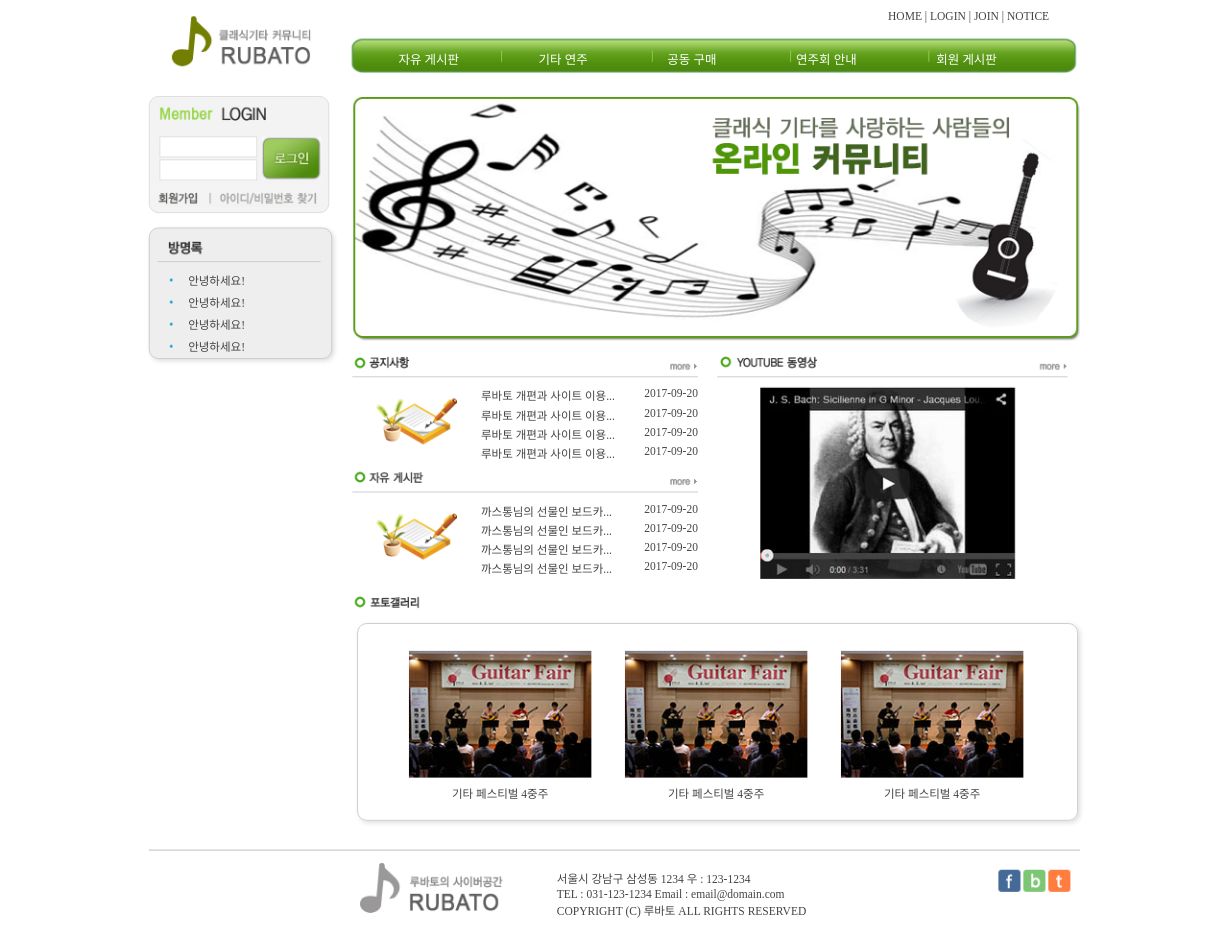
Repository: torojin/study-at-JA-academy
Page: http://localhost/rubato_mvc/WEB-INF/view/index.jsp
These files come from the project's save history. The page is drawn as it stood at one moment and after the next save; the edit follows.
The browser window is 1280 px wide. The pictures show the whole page, at 96% of full size.
The page is served by Tomcat 9. Nobody is signed in. Other server files are loaded and not shown. The template is opened directly, without the code that normally fills it, so the values that code supplies are empty.

Above is the page before, as saved 2020-04-23 03:21:23.

### JSP_workspace/rubato_mvc/WebContent/WEB-INF/view/index.jsp
<%@ page language="java" contentType="text/html; charset=UTF-8"
    pageEncoding="UTF-8"%>
<%@ taglib prefix="c" uri="http://java.sun.com/jsp/jstl/core" %>
<!DOCTYPE html>
<html>
<head>
<meta charset="utf-8">
<title>클래식기타 커뮤니티</title>
<link rel="stylesheet" type="text/css" href="css/common.css">
<link rel="stylesheet" type="text/css" href="css/header.css">
<link rel="stylesheet" type="text/css" href="css/footer.css">
<link rel="stylesheet" type="text/css" href="css/main.css">
</head>
<body>
<div id="wrap">
<header>
  <a href="index.html"><img id="logo" src="img/logo.png"></a>
<nav id="top_menu">
  HOME | LOGIN | JOIN | NOTICE
</nav>
<nav id="main_menu">
  <ul>
    <li><a href="board_list.html">자유 게시판</a></li>
    <li><a href="#">기타 연주</a></li>
    <li><a href="#">공동 구매</a></li>
    <li><a href="#">연주회 안내</a></li>
    <li><a href="#">회원 게시판</a></li>
  </ul>
</nav>
</header> <!-- header -->
<aside>
<c:choose>
	<c:when test="${!empty sessionUserInfo }">
	<article id="login_box">
	    <img id="login_title" src="img/ttl_login.png">
	    <div id="input_button">
	    ${sessionUserInfo.m_nick }님 환영합니다.
	    </div>
	    <div class="clear"></div>
	    <div id="join_search">
			<a href="./logout_process.do">로그아웃</a>
	    </div>
  	</article>
	</c:when>
</c:choose>

<form action="./login_process.do" method="post">
  <article id="login_box">
    <img id="login_title" src="img/ttl_login.png">
    <div id="input_button">
    <ul id="login_input">
      <li><input type="text" name="login_id"></li>
      <li><input type="password" name="login_pw"></li>
    </ul>
    <img id="login_btn" src="img/btn_login.gif">
    </div>
    <div class="clear"></div>
    <div id="join_search">
      <img src="img/btn_join.gif">
      <img src="img/btn_search.gif">
    </div>
  </article>
  </form>
  <article id="guestbook">
    <div id="guestbook_title">
      <img src="img/ttl_memo.gif">
    </div>
    <ul>
      <li>안녕하세요!</li>
      <li>안녕하세요!</li>
      <li>안녕하세요!</li>
      <li>안녕하세요!</li>
    </ul>
  </article>
</aside>

<section id="main">
  <img src="img/main_img.png">
  <section id="notice_free_youtube">
    <article id="notice"> 	<!-- 공지사항 -->
      <div class="latest_title">
        <img class="latest_img" src="img/latest1.gif">
        <img class="more" src="img/more.gif">
        <div class="clear"></div>
      </div>
      <div class="latest_content">
        <img class="image" src="img/book_pen.gif">
        <ul class="list">
          <li>
            <div class="subject">루바토 개편과 사이트 이용...</div>
            <div class="date">2017-09-20</div>
            <div class="clear"></div>
          </li>
          <li>
            <div class="subject">루바토 개편과 사이트 이용...</div>
            <div class="date">2017-09-20</div>
            <div class="clear"></div>
          </li>
          <li>
            <div class="subject">루바토 개편과 사이트 이용...</div>
            <div class="date">2017-09-20</div>
            <div class="clear"></div>
          </li>
          <li>
            <div class="subject">루바토 개편과 사이트 이용...</div>
            <div class="date">2017-09-20</div>
            <div class="clear"></div>
          </li>
        </ul>
      </div>
    </article>
    <article id="free"> 	<!—자유 게시판 -->
      <div class="latest_title">
        <img class="latest_img" src="img/latest2.gif">
        <img class="more" src="img/more.gif">
        <div class="clear"></div>
      </div>
      <div class="latest_content">
        <img class="image" src="img/book_pen.gif">
        <ul class="list">
          <li>
            <div class="subject">까스통님의 선물인 보드카...</div>
            <div class="date">2017-09-20</div>
            <div class="clear"></div>
          </li>
          <li>
            <div class="subject">까스통님의 선물인 보드카...</div>
            <div class="date">2017-09-20</div>
            <div class="clear"></div>
          </li>
          <li>
            <div class="subject">까스통님의 선물인 보드카...</div>
            <div class="date">2017-09-20</div>
            <div class="clear"></div>
          </li>
          <li>
            <div class="subject">까스통님의 선물인 보드카...</div>
            <div class="date">2017-09-20</div>
            <div class="clear"></div>
          </li>
        </ul>
      </div>
    </article>
    <article id="youtube">	    <!—YOUTUBE 동영상 -->
      <div class="latest_title">
        <img class="latest_img" src="img/latest3.gif">
        <img class="more" src="img/more.gif">
        <div class="clear"></div>
      </div>
      <img id="youtube_img" src="img/bach.jpg">
    </article>
  </section> <!-- notice_free_youtube -->
  <section id="gallery">
    <img src="img/latest4.gif">
    <div id="gallery_box">
      <div id="gallery_list">
        <div class="items">
          <ul>
            <li><img src="img/img1.jpg"></li>
            <li>기타 페스티벌 4중주</li>
          </ul>
        </div>
        <div class="items">
          <ul>
            <li><img src="img/img1.jpg"></li>
            <li>기타 페스티벌 4중주</li>
          </ul>
        </div>
        <div class="items">
          <ul>
            <li><img src="img/img1.jpg"></li>
            <li>기타 페스티벌 4중주</li>
          </ul>
        </div>
      </div> <!-- galley_list -->
    </div> <!-- gallery_box -->
  </section> <!-- gallery -->
</section> <!-- section main -->
<div class="clear"></div>

<footer>
  <img id="footer_logo" src="img/footer_logo.gif">
  <ul id="address">
    <li>서울시 강남구 삼성동 1234 우 : 123-1234</li>
    <li>TEL : 031-123-1234  Email : email@domain.com</li>
    <li>COPYRIGHT (C) 루바토 ALL RIGHTS RESERVED</li>
  </ul>
  <ul id="footer_sns">
    <li><img src="img/facebook.gif"></li>
    <li><img src="img/blog.gif"></li>
    <li><img src="img/twitter.gif"></li>
  </ul>
</footer> <!-- footer -->

</div> <!-- wrap -->
</body>
</html>

### JSP_workspace/rubato_mvc/WebContent/css/common.css
* {
    margin:0;
    padding:0;
}
body {
    font-family:"맑은 고딕", "돋움";
    font-size:12px;
    color:#444444;
}
ul {
    list-style-type:none;
}
.clear {
    clear:both;
}
#wrap {
    width:970px;
    margin:0 auto;
}

### JSP_workspace/rubato_mvc/WebContent/css/header.css
/* 상단 헤더 */
header {
    height:100px;
    position:relative;
}
header #logo {
    position:absolute;
    top:10px;
    left:20px;
}
header #top_menu {
    position:absolute;
    top:10px;
    left:770px;
}
header #main_menu {
    width:757px;
    height:38px;
    background-image:url("../img/main_menu_bg.png");
    background-repeat:no-repeat;
    position:absolute;
    top:40px;
    left:210px;
}
header #main_menu li {
    display:inline-block;
    margin:12px 30px 0 50px;
    font-size:13px;
}
header #main_menu a:link {
    text-decoration:none;
    color:#ffffff;
}
header #main_menu a:hover {
    text-decoration:none;
    color:#ffffff;
}
header #main_menu a:visited {
    text-decoration:none;
    color:#ffffff;
}
header #main_menu a:active {
    text-decoration:none;
    color:#ffffff;
}

### JSP_workspace/rubato_mvc/WebContent/css/footer.css
/* 하단 푸터 */
footer {
    height:100px;
    margin-top:30px;
    border-top:solid 1px #bbbbbb;
}
footer #footer_logo {
    float:left;
    margin:5px 0 0 210px;
}
footer #address {
    float:left;
    margin:20px 0 0 50px;
}
footer #footer_sns {
    float:right;
    margin:20px 10px 0 0;
}
footer #footer_sns li {
    display:inline;
}

### JSP_workspace/rubato_mvc/WebContent/css/main.css
/* 왼쪽 콘텐츠 */
aside {
    width:190px;
    float:left;
}
/* 로그인 */
aside #login_box {
    width:186px;
    height:120px;
    border:solid 1px #dddddd;
    border-radius:10px;
    background-color:#f3f3f3;
}
aside #login_title {
    margin:10px 0 0 10px;
}
aside #input_button {
    margin:10px 0 0 10px;
}
aside #login_input {
    float:left;
}
aside #login_btn {
    float:left;
    margin:3px 0 0 5px;
}
aside #login_input input {
    width:100px;
    height:20px;
    border:solid 1px #dddddd;
}
aside #login_input li {
    margin-top:2px;
}
aside #join_search {
    margin:10px 0 0 5px;
}
aside #guestbook {
    width:189px;
    height:135px;
    margin-top:15px;
    background-color:#eeeeee;
    border:solid 1px #cccccc;
    border-radius:10px;
    box-shadow:2px 2px 5px #dddddd;
}
aside #guestbook_title {
    width:165px;
    padding:10px 0 0 5px;
    margin:0 0 0 8px;
    border-bottom:solid 1px #cccccc;
}
aside #guestbook ul {
    margin:10px 0 0 40px;
}
aside #guestbook li {
    margin-top:5px;
    list-style-image:url("../img/icon_blue.gif");
}
/* 우측 메인 콘텐츠 */
section#main {
    width:758px;
    float:right;
    /* border:solid 1px #ff0000; */
}
/* 공지사항, 자유 게시판, YOUTUBE를 포함하는 박스 */
section#main #notice_free_youtube {
    height:250px;
    position:relative;
    margin-top:10px;
    /* border:solid 1px #ff0000; */
}
/* 공지사항 박스 */
section#main #notice {
    width:360px;
    position:absolute;
    /*border:solid 1px #0000ff; */
}
/* 최근 게시물 제목 */
section#main .latest_title {
    padding-bottom:3px;
    border-bottom:solid 1px #cccccc;
}
section#main .latest_title img.latest_img {
    float:left;
}
section#main .latest_title img.more {
    float:right;
}
/* 최근 게시물 이미지와 목록 */
section#main .latest_content .image {
    float:left;
    margin:10px 0 0 20px;
}
section#main .latest_content .list {
    float:right;
    /* border:solid 1px #ff0000; */
}
section#main .latest_content li {
    padding:10px 0 10px 0;
    /*border:solid 1px #ff0000; */
}
section#main .latest_content .list div {
    float:left;
}
section#main .latest_content .list .subject {
    width:170px;
}
/* 자유 게시판 박스 */
section#main #free {
    width:360px;
    position:absolute;
    top:120px;
    /*border:solid 1px #0000ff; */
}
/* YOUTUBE 동영상 박스 */
section#main #youtube {
    width:365px;
    height:250px;
    position:absolute;
    left:380px;
    /* border:solid 1px #0000ff; */
}
section#main #youtube_img {
    margin:10px 0 0 45px;
}
/* 포토갤러리 */
section#main #gallery_box {
    width:749px;
    height:204px;
    margin:10px 0 0 5px;
    border:solid 1px #cccccc;
    border-radius:10px;
    box-shadow:2px 2px 5px #dddddd;
}
section #gallery_list {
    padding:25px 0 0 18px;
}
section .items {
    float:left;
    text-align:center;
    margin-left:35px;
}
section .items li {
    margin-top:3px;
}

After the next save:
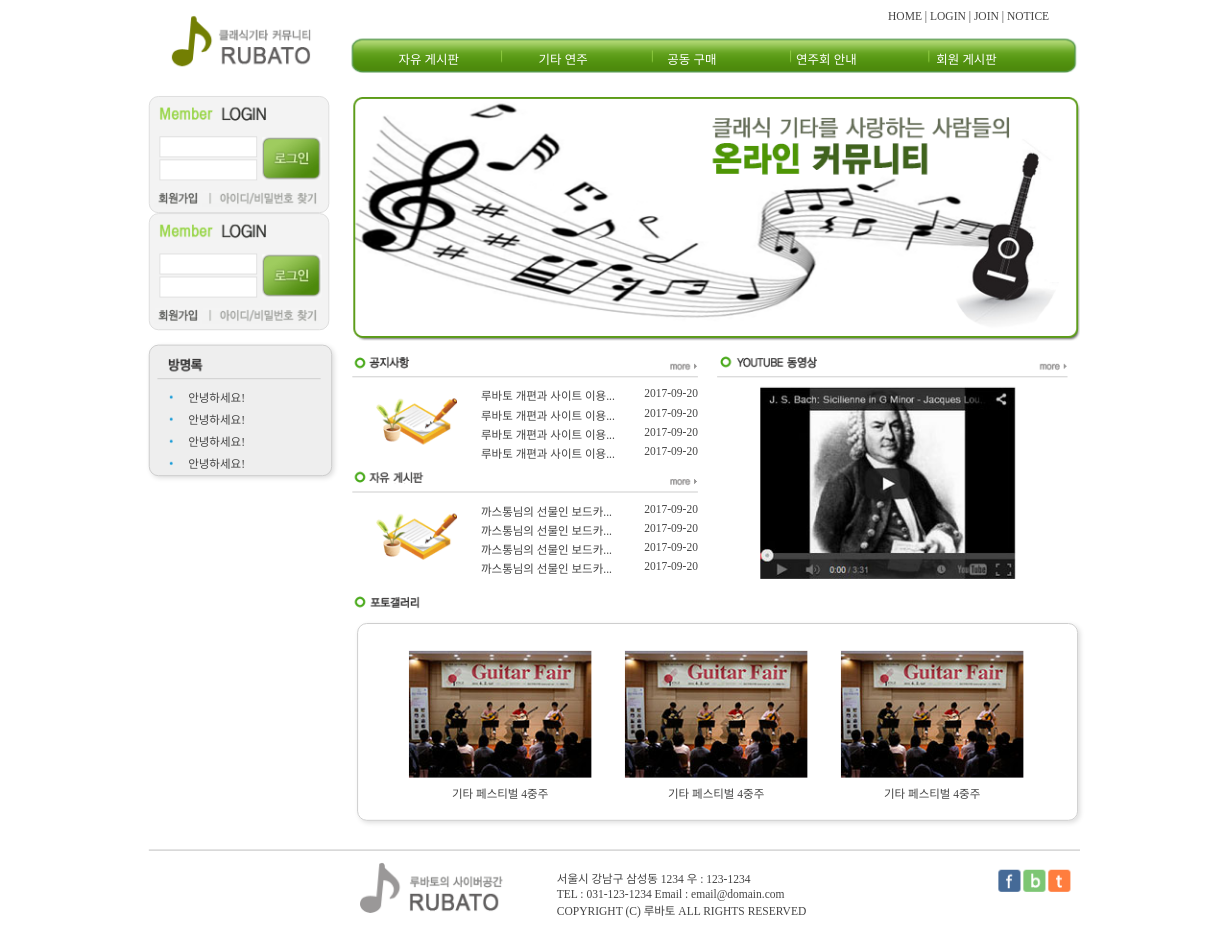
Saved 56 s later.
--- a/JSP_workspace/rubato_mvc/WebContent/WEB-INF/view/index.jsp
+++ b/JSP_workspace/rubato_mvc/WebContent/WEB-INF/view/index.jsp
@@ -42,6 +42,25 @@
 	    </div>
   	</article>
 	</c:when>
+	<c:otherwise>
+	<form action="./login_process.do" method="post">
+	  <article id="login_box">
+	    <img id="login_title" src="img/ttl_login.png">
+	    <div id="input_button">
+	    <ul id="login_input">
+	      <li><input type="text" name="login_id"></li>
+	      <li><input type="password" name="login_pw"></li>
+	    </ul>
+	    <img id="login_btn" src="img/btn_login.gif">
+	    </div>
+	    <div class="clear"></div>
+	    <div id="join_search">
+	      <img src="img/btn_join.gif">
+	      <img src="img/btn_search.gif">
+	    </div>
+	  </article>
+	</form>
+	</c:otherwise>
 </c:choose>
 
 <form action="./login_process.do" method="post">
@@ -60,7 +79,7 @@
       <img src="img/btn_search.gif">
     </div>
   </article>
-  </form>
+</form>
   <article id="guestbook">
     <div id="guestbook_title">
       <img src="img/ttl_memo.gif">

After the save that followed:
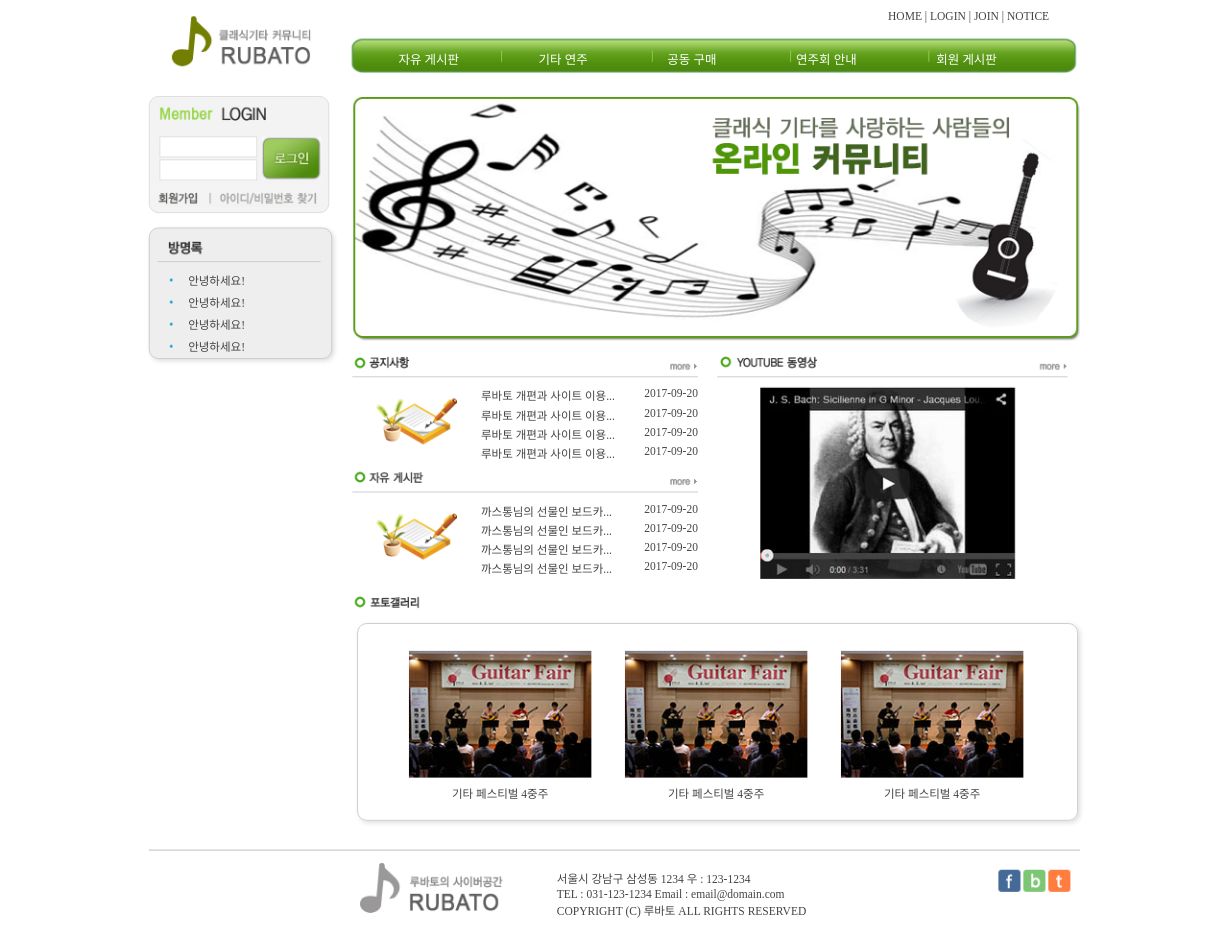
Saved 5 min 27 s later.
--- a/JSP_workspace/rubato_mvc/WebContent/WEB-INF/view/index.jsp
+++ b/JSP_workspace/rubato_mvc/WebContent/WEB-INF/view/index.jsp
@@ -62,24 +62,6 @@
 	</form>
 	</c:otherwise>
 </c:choose>
-
-<form action="./login_process.do" method="post">
-  <article id="login_box">
-    <img id="login_title" src="img/ttl_login.png">
-    <div id="input_button">
-    <ul id="login_input">
-      <li><input type="text" name="login_id"></li>
-      <li><input type="password" name="login_pw"></li>
-    </ul>
-    <img id="login_btn" src="img/btn_login.gif">
-    </div>
-    <div class="clear"></div>
-    <div id="join_search">
-      <img src="img/btn_join.gif">
-      <img src="img/btn_search.gif">
-    </div>
-  </article>
-</form>
   <article id="guestbook">
     <div id="guestbook_title">
       <img src="img/ttl_memo.gif">
